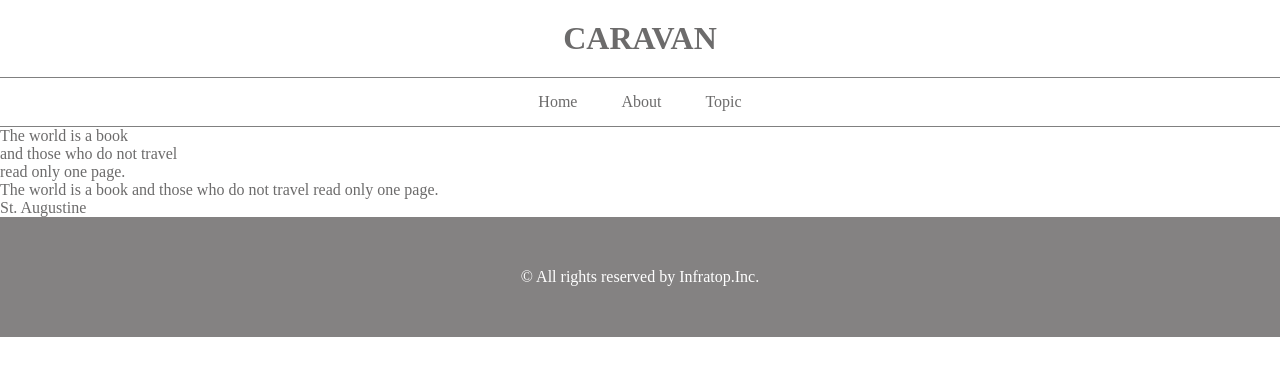
Repository: momopomi/htmlcss
Page: caravan/index.html
The author's editor kept a record of every edit. The page is drawn from the files as they stood at one moment, then again after the next edit.
The browser window is 1280 px wide. The pictures show the whole page.

Above is the page before.

### caravan/index.html
<!DOCTYPE html>
<html lang="ja">
  <head>
    <meta charset="UTF-8" />
    <!-- CSSファイルの読み込み -->
    <link rel="stylesheet" href="style.css" />
    <title>CARAVAN</title>
  </head>

  <body>
    <!-- header -->
    <header>
      <h1 class="heading">
        <a href="index.html">
          CARAVAN
        </a>
      </h1>
    </header>

    <!-- navigation -->
    <nav>
      <ul class="nav-list">
        <li class="nav-list-item">
          <a href="index.html">Home</a>
        </li>
        <li class="nav-list-item">About</li>
        <li class="nav-list-item">Topic</li>
      </ul>
    </nav>

    <!-- main-visual用のdiv -->
    <div class="main-visual">
      <div class="main-visual-content">
        <p class="main-visual-text">
          The world is a book<br />
          and those who do not travel<br />
          read only one page.
        </p>
        <!-- pタグ（と文字）を追加 -->
        <p class="main-visual-text">
          The world is a book and those who do not travel read only one page.
        </p>
        <p class="main-visual-name">
          St. Augustine
        </p>      </div>
    </div>

    <!-- main用のdiv -->
    <div class="main">
      <div class="blog"></div>
      <div class="sidebar"></div>
    </div>

    <!-- footer -->
    <footer>
      <p class="footer-text">© All rights reserved by Infratop.Inc.</p>
    </footer>
  </body>
</html>

### caravan/style.css
/* ブラウザがそれぞれ持っているCSSをリセットするための記述 */
* {
  margin: 0;
  padding: 0;
  box-sizing: border-box;
  color: #6c6b6b;
}

a {
  text-decoration: none;
}

header {
  width: 100%; /* 横幅90% */
  padding: 20px 0;
  margin: 0 auto;
  text-align: center;
}

header .heading { /* headerタグ内のheadingクラスにのみ反映される */
  font-size: 32px;
}

.nav-list {
  text-align: center;
  padding: 15px 20px;
  margin: 0 auto;
  border-top: 1px solid grey;
  border-bottom: 1px solid grey;
}

.nav-list-item {
  list-style: none;
  display: inline-block;
  margin: 0 20px;
}

.large_main {
  width: 100%;
  height: auto;
  margin-top: 50px;
  margin-bottom: 50px;
  justify-content: center;
}

.big_main1 {
  width: 800px;
  display: flex;
  flex-direction: row;
  flex-wrap: wrap;
  margin: 0 auto;
}

.main1 {
  width: 200px; /* 横幅いっぱい */
  height: 200px; /* 高さ300px */
  background-color: #e6ffe9;
  flex-wrap: wrap;
}

.main2 {
  width: 200px; /* 横幅350px */
  height: 200px; /* 親の高さに揃える */
  background-color: #cbffd3;
}

.main3 {
  width: 200px; /* 横幅840px */
  height: 200px;
  background-color: #aeffbd;
}

.main4 {
  width: 200px; /* 横幅600px */
  height: 200px; /* 高さ1400px */
  background-color: #93ffab;
}

.big_main2 {
  width: 800px;
  display: flex;
  flex-direction: row;
  flex-wrap: wrap;
  margin: 0 auto;
}

.main5 {
  width: 200px; /* 横幅240px */
  height: 200px; /* 高さ1400px */
  background-color: #f3ffd8;
}

.main6 {
  width: 200px; /* 横幅240px */
  height: 200px; /* 高さ1400px */
  background-color: #edffbe;
}

.main7 {
  width: 200px; /* 横幅240px */
  height: 200px; /* 高さ1400px */
  background-color: #e9ffa5;
}

.main8 {
  width: 200px; /* 横幅240px */
  height: 200px; /* 高さ1400px */
  background-color: #e4ff8d;
}

.big_main3 {
  width: 800px;
  display: flex;
  flex-direction: row;
  flex-wrap: wrap;
  margin: 0 auto;
}

.main9 {
  width: 200px; /* 横幅240px */
  height: 200px; /* 高さ1400px */
  background-color: #d9e5ff;
}

.main10 {
  width: 200px; /* 横幅240px */
  height: 200px; /* 高さ1400px */
  background-color: #bad3ff;
}

.main11 {
  width: 200px; /* 横幅240px */
  height: 200px; /* 高さ1400px */
  background-color: #a4c6ff;
}

.main12 {
  width: 200px; /* 横幅240px */
  height: 200px; /* 高さ1400px */
  background-color: #8eb8ff;
}

footer {
  width: 100%;
  height: 120px;
  text-align: center;
  line-height: 120px;
  background-color: #848282;
}

.footer-text {
  color: #fff;
}

After the next edit:
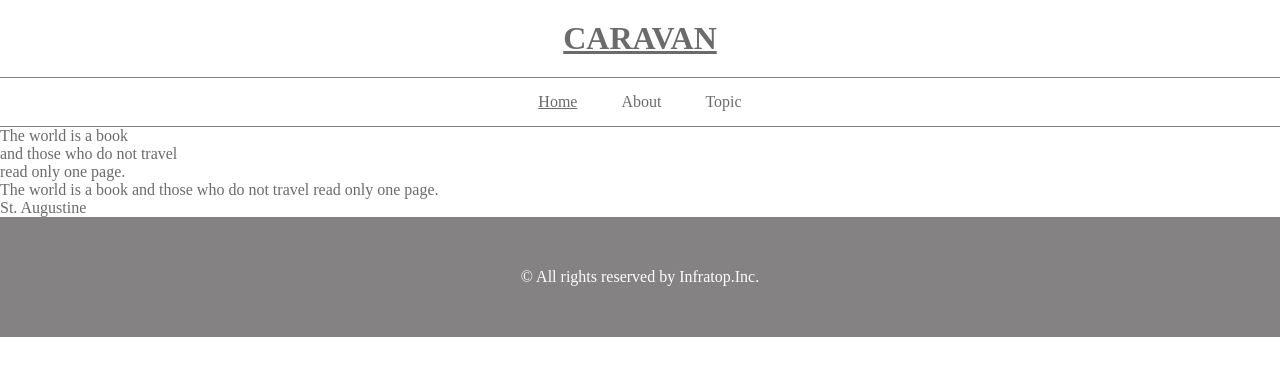
The edit:
--- a/caravan/style.css
+++ b/caravan/style.css
@@ -4,10 +4,6 @@
   padding: 0;
   box-sizing: border-box;
   color: #6c6b6b;
-}
-
-a {
-  text-decoration: none;
 }
 
 header {
